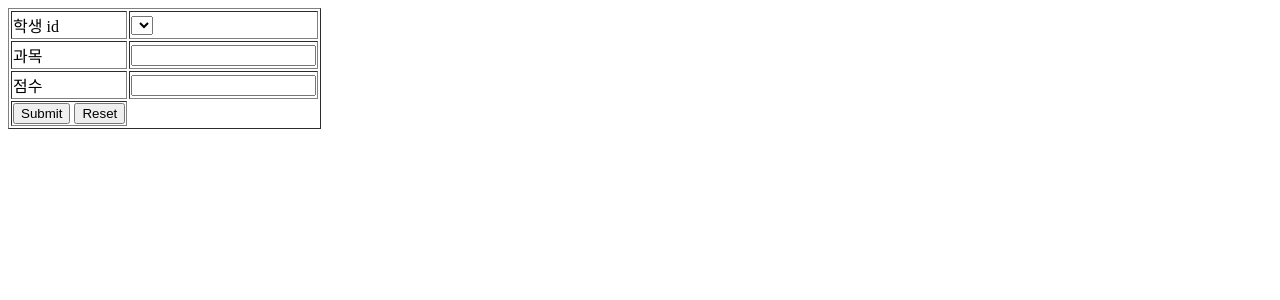
Repository: SynCROSS/jsp-example
Page: http://localhost/jsp-example/example3.jsp
The author's editor kept a copy of each file at every save. The page is drawn from the files as they stood at one save, then again after the next save.
The browser window is 1280 px wide. The pictures show the whole page.
The page is served by Tomcat 9. Queries for data that is not in the repository find no rows.

Above is the page before, as saved 2020-11-27 00:37:29.

### jsp-example/WebContent/example3.jsp
<%@ page language="java" contentType="text/html; charset=UTF-8"
	pageEncoding="UTF-8"%>

<%@ page import="java.sql.*"%>

<table border="1">
	<form action="action/insert.jsp" name="student_insert">
		<%
			try {
			Class.forName("oracle.jdbc.OracleDriver");
			Connection conn = DriverManager.getConnection("jdbc:oracle:thin:@//122.128.169.32:1521/xe", "smc_user_4", "1234");

			Statement stmt = conn.createStatement();
			String query = " SELECT " + " id " + " FROM " + " student ";
			ResultSet rs = stmt.executeQuery(query);
		%>
		<tr>
			<td>학생 id</td>
			<td><select name="student_id">
					<%
						while (rs.next()) {
					%>
					<option value="<%=rs.getInt(1)%>"><%=rs.getInt(1)%></option>
					<%
						}
					%>
			</select></td>
		</tr>
		<tr>
			<td>과목</td>
			<td><input type="text" name="subject"></td>
		</tr>
		<tr>
			<td>점수</td>
			<td><input type="number" name="point"></td>
		</tr>
		<tr colspan="2">
			<td><input type="submit" value="Submit" onclick="form_submit()"> <input
				type="button" value="Reset" onclick="form_reset_value()"></td>
		</tr>
		<%
			stmt.close();
		conn.commit();
		conn.close();
		} catch (Exception e) {
		e.printStackTrace();
		}
		%>
	</form>
</table>

<script>
const form_submit = () => {
	  alert('submit!');
	};
const form_reset_value = () => {
	  alert('reset!');
	  document.student_insert.reset();
	};

</script>

After the next save:
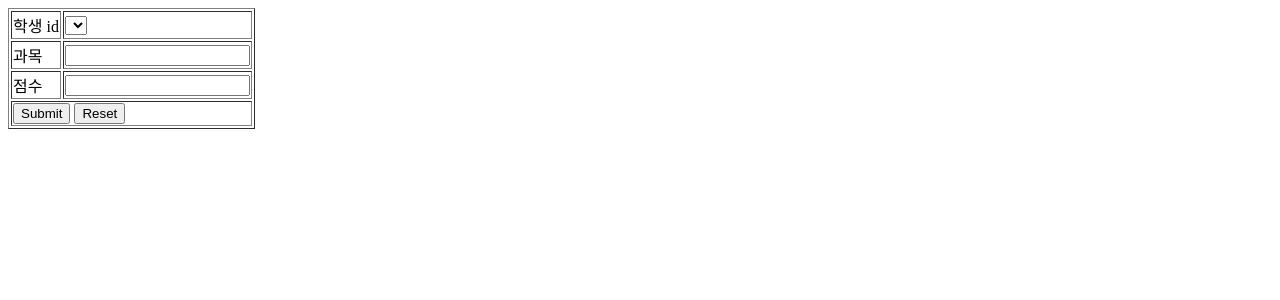
Saved 48 s later.
--- a/jsp-example/WebContent/example3.jsp
+++ b/jsp-example/WebContent/example3.jsp
@@ -34,8 +34,8 @@
 			<td>점수</td>
 			<td><input type="number" name="point"></td>
 		</tr>
-		<tr colspan="2">
-			<td><input type="submit" value="Submit" onclick="form_submit()"> <input
+		<tr>
+			<td colspan="2"><input type="submit" value="Submit" onclick="form_submit()"> <input
 				type="button" value="Reset" onclick="form_reset_value()"></td>
 		</tr>
 		<%
